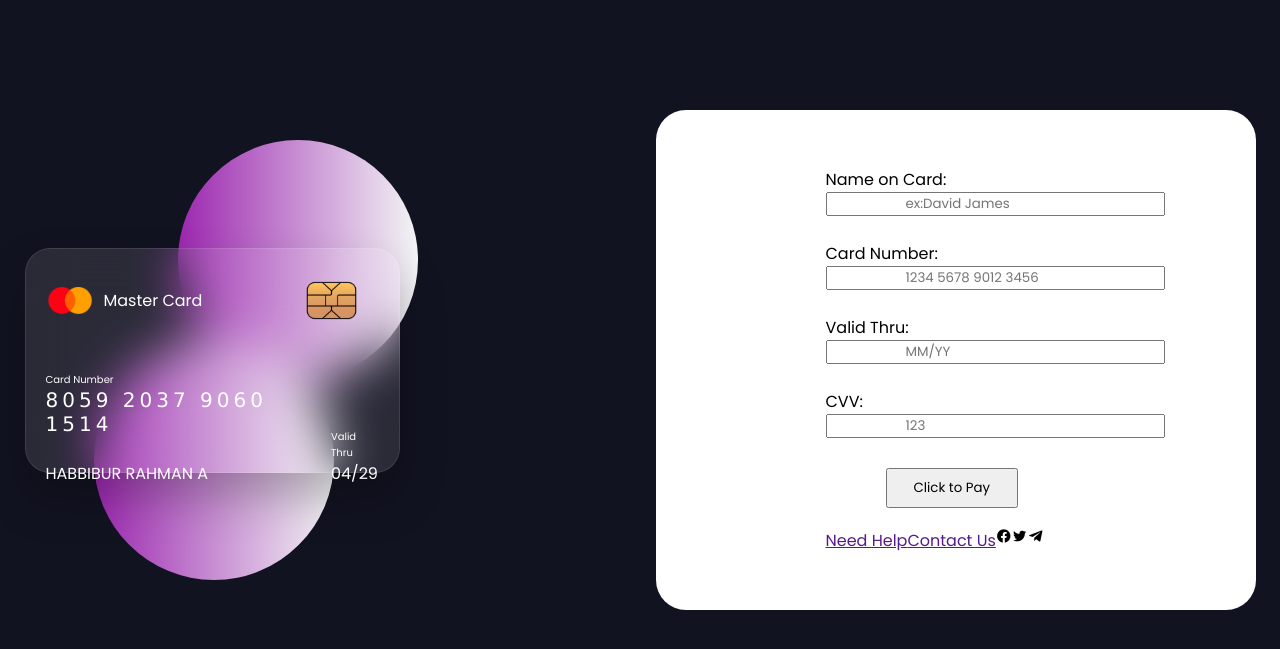
Repository: Habeebur1493/-002-Prompt
Page: index.html
The author's editor kept a copy of each file at every save. The page is drawn from the files as they stood at one save, then again after a run of saves.
The browser window is 1280 px wide. The pictures show the whole page.

Above is the page before, as saved 2024-09-11 01:36:57.

### index.html
<!DOCTYPE html>
<html lang="en">
<head>
    <meta charset="UTF-8">
    <meta name="viewport" content="width=device-width, initial-scale=1.0">
    <title>Flip Card</title>
    <link rel="stylesheet" href="style.css">
    <link href='https://unpkg.com/boxicons@2.1.4/css/boxicons.min.css' rel='stylesheet'>
</head>
<body>
    <section>
        <div class="container">
            <div class="card front-face">
                <header>
                    <span class="logo">
                        <img src="Mastercard-Logo.webp" alt="">
                        <h5>Master Card</h5>
                    </span>
                    <img src="file (1).png" alt="" class="chip">
                </header>

                <div class="card-details">
                    <div class="name-number">
                        <h6>Card Number</h6>
                        <h5 class="number">8059 2037 9060 1514</h5>
                        <h5 class="name">HABBIBUR RAHMAN A</h5>
                    </div>
                    <div class="valid-date">
                        <h6>Valid Thru</h6>
                        <h5>04/29</h5>
                    </div>
                </div>
            </div>
            <div class="card back-face">
                <h6>
                    For customer service call +900 1400 1800 or email at mastercard@gmai.com
                </h6>
                <span class="magnetic-strip">
                    <div class="signature"><i>005</i></div>
                    <h5>
                        HDFC Millennia Debit Card
                    </h5>
                    <h6>Yours is a life where creating and living the moments matters more than making money.
                    </h6>
                </span>
            </div>
        </div>
        <div class="content">
            <form action="">
                <label for="name">Name on Card:</label>
                <input type="text" id="name" placeholder="ex:David James" required>
                <br>
                <label for="number">Card Number:</label>
                <input type="number" id="number" placeholder="1234 5678 9012 3456" required>
                <br>
                <label for="valid">Valid Thru:</label>
                <input type="text" id="valid" placeholder="MM/YY" required>
                <br>
                <label for="cvv">CVV:</label>
                <input type="number" id="cvv" placeholder="123" required>
                <br>
                <button>Click to Pay</button>
                <div class="data">
                    <a href="">Need Help</a>
                    <a href="">Contact Us</a>
                    <i class='bx bxl-facebook-circle'></i><i class='bx bxl-twitter' ></i><i class='bx bxl-telegram' ></i>
                </div>


            </form>

        </div>
    </section>



</body>
</html>

### style.css
@import url('https://fonts.googleapis.com/css2?family=Poppins:ital,wght@0,100;0,200;0,300;0,400;0,500;0,600;0,700;0,800;0,900;1,100;1,200;1,300;1,400;1,500;1,600;1,700;1,800;1,900&display=swap');

*{
    margin: 0;
    padding: 0;
    box-sizing: border-box;
    font-family: "Poppins", sans-serif;
}
section{
    position: relative;
    min-height: 100vh;
    width: 100%;
    background: #121321;
    display: flex;
    align-items: center;
    justify-content: center;
    color: #fff;
    perspective: 1000px;

}
section::before {
    content: "";
    position: absolute;
    height: 240px;
    width: 240px;
    border-radius: 50%;
    transform: translate(-150px, -100px);
    background: linear-gradient(90deg, #9c27b0, #f3f5f5);
    margin-right: 30%;
}
section::after {
    content: "";
    position: absolute;
    height: 240px;
    width: 240px;
    border-radius: 50%;
    transform: translate(150px, 100px);
    background: linear-gradient(90deg, #9c27b0, #f3f5f5);
    margin-right: 90%;
}

.container{
    position: relative;
    height: 225px;
    width: 375px;
    z-index: 100;
    transition: 0.6s;
    transform-style: preserve-3d;
    margin-right: 10%;

}
.container:hover{
    transform: rotateY(180deg);
}
.container .card{
    position: absolute;
    height: 100%;
    width: 100%;
    padding: 20px;
    border-radius: 25px;
    backdrop-filter: blur(25px);
    background: rgba(255, 255, 255, 0.1);
    box-shadow: 0 25px 45px rgba(0, 0, 0, 0.25);
    border: 1px solid rgba(255, 255, 255, 0.1);
    backface-visibility: hidden;
}
.front-face header,
.front-face .logo{
    display: flex;
    align-items: center;
}
.front-face header{
    justify-content: space-between;
}
.front-face .logo img {
    width: 48px;
    margin-right: 10px;

}
h5{
    font-size: 16px;
    font-weight: 400;
}
.front-face .chip{
    width: 95px;
}
.front-face .card-details{
    display: flex;
    margin-top: 40px;
    align-items: flex-end;
    justify-content: space-between;
}
h6{
    font-size: 10px;
    font-weight: 400;

}
h5.number{
    font-size: 20px;
    padding: 0;
    letter-spacing: 4px;
    font-family: Geneva;
}
h5.name{
    margin-top: 25px
}
.card.back-face{
    border: none;
    padding: 15px 25px 25px 25px;
    transform: rotateY(180deg);
}
.card.back-face h6{
    font-size: 8px;
}
.card.back-face .magnetic-strip{
    position: absolute;
    top: 40px;
    left: 0;
    height: 45px;
    width: 100%;
    background: #000;
}

.card.back-face .signature{
    display: flex;
    justify-content: flex-end;
    align-items: center;
    margin-top: 80px;
    height: 40px;
    width: 85%;
    border-radius: 6px;
    background: repeating-linear-gradient(
        #fff,
        #fff 3px,
        #efefef 0px,
        #efefef 9px);
}
.signature i {
    color: #000;
    font-size: 12px;
    padding: 4px 6px;
    border-radius: 4px;
    background-color: #fff;
    margin-right: -30px;
    z-index: -1;

}
.card.back-face h5{
    align-items: center;
    margin-left: 25%;
    font-size: 12px;
    margin-top: 15px;
}
.card.back-face h6{
    align-items: center;
    margin-left: 5%;
    font-size: 7px;
    margin-top: 1px;
}

.content{
    height: 500px;
    width: 600px;
    background-color: #fff;
    margin-left: 10%;
    border-radius: 30px;
    display: flex;
    flex-direction: column;
    justify-content: center;
    align-items: center;
}



.content > form{
    color: black;
    display: flex;
    flex-direction: column;
    justify-content: center;
    align-items: flex-start;
    height: 70%;
    width: 60%;
    padding: 50px;
    border-radius: 20px;
}
.content input{
    padding-left: 30%;
}
.content button{
    margin-top: 5px;
    margin-left: 60px;
    padding: 8px 26px;
}

.data{
    margin-top: 20px;
    display: flex;
    justify-content: space-evenly;

}

After the next 2 saves:
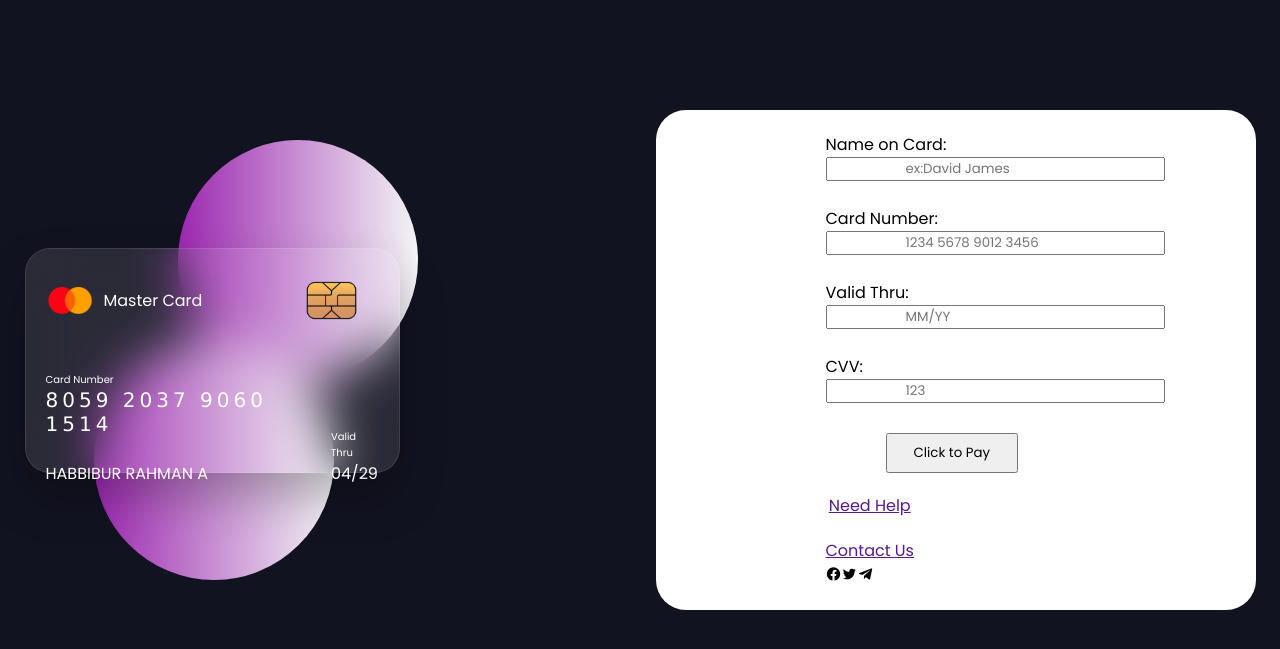
The 2 saves are shown as one change because they came seconds apart.
The last was saved 15 s later.
--- a/style.css
+++ b/style.css
@@ -192,7 +192,7 @@
     padding: 8px 26px;
 }
 
-.data{
+.data a{
     margin-top: 20px;
     display: flex;
     justify-content: space-evenly;
